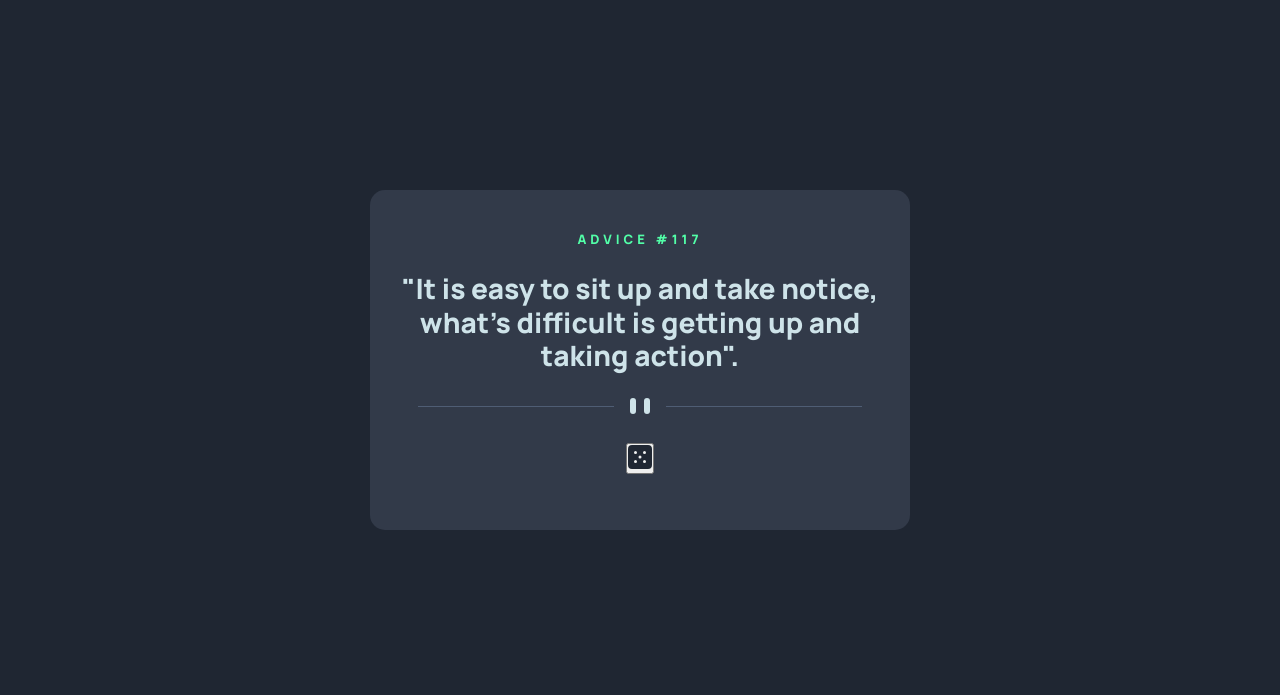
Repository: Daki-builds/advice-generator-app
Page: index.html
An editor plug-in stored every save of this project. The page is shown before and after the next save, followed by the edit.
The browser window is 1280 px wide. The pictures show the whole page.

Above is the page before, as saved 2026-10-08 19:33:05.

### index.html
<!DOCTYPE html>
<html lang="en">

<head>
  <meta charset="UTF-8">
  <meta name="viewport" content="width=device-width, initial-scale=1.0">
  <link rel="icon" type="image/png" sizes="32x32" href="./images/favicon-32x32.png">
  <link rel="preconnect" href="https://fonts.googleapis.com">
  <link rel="preconnect" href="https://fonts.gstatic.com" crossorigin>
  <link href="https://fonts.googleapis.com/css2?family=Manrope:wght@800&display=swap" rel="stylesheet">
  <link rel="stylesheet" href="style.css">
  <title>Frontend Mentor | Advice generator app</title>

</head>

<body>
  <main class="container">
    <h1>Advice #<span id="advice-id">117</span></h1>
    <p id="adviceText">"It is easy to sit up and take notice, what's difficult is getting up and taking action".</p>
    <div class="img-divider">
      <img src="./images/pattern-divider-desktop.svg" alt="divider">
    </div>
    <button id="adviceBtn"><img src="./images/icon-dice.svg" alt="dice">
    </button>
  </main>
</body>

</html>

### style.css
* {
  margin: 0;
  padding: 0;
  box-sizing: border-box;
}

:root {
  --blue-200: hsl(193, 38%, 86%);
  --green-300: hsl(150, 100%, 66%);
  --blue-600: hsl(217, 19%, 38%);
  --blue-900: hsl(217, 19%, 24%);
  --blue-950: hsl(218, 23%, 16%);

  --font-family: "Manrope", sans-serif;
  --font-weight: 800;
  --font-size: 28px;
}

body {
  font-family: var(--font-family);
  font-weight: var(--font-weight);
  background-color: var(--blue-950);
  color: var(--blue-200);
  display: flex;
  justify-content: center;
  padding: 24px;
  align-items: center;
  min-height: 100vh;
}

.container {
  position: relative;
  background-color: var(--blue-900);
  display: flex;
  flex-direction: column;
  align-items: center;
  gap: 24px;
  padding: 40px 24px 56px;
  width: 100%;
  max-width: 540px;
  border-radius: 15px;
  text-align: center;
}

h1 {
  font-size: 13px;
  letter-spacing: 4px;
  text-transform: uppercase;
  color: var(--green-300);
}

p {
  font-size: var(--font-size);
  line-height: 1.2;
  color: var(--blue-200);
}

.img-divider img {
  width: 100%;
}

button {
}

After the next save:
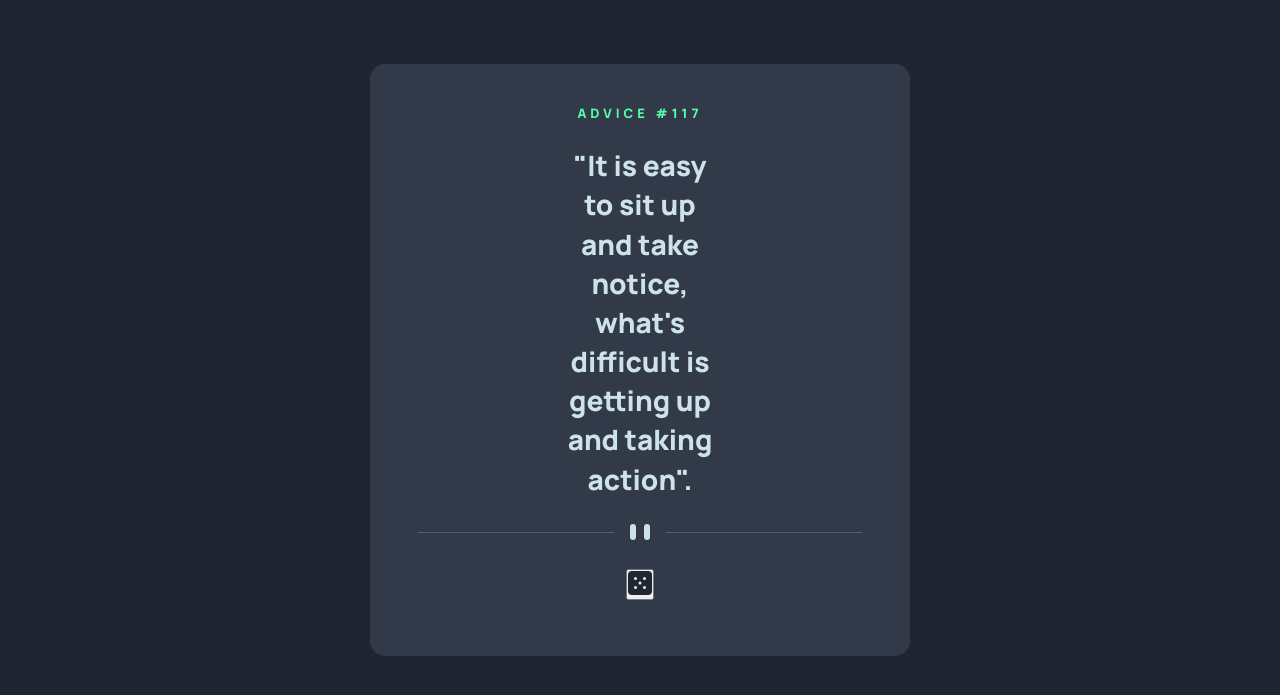
Saved 24 s later.
--- a/style.css
+++ b/style.css
@@ -51,7 +51,8 @@ h1 {
 
 p {
   font-size: var(--font-size);
-  line-height: 1.2;
+  line-height: 1.4;
+  width: 30%;
   color: var(--blue-200);
 }
 
